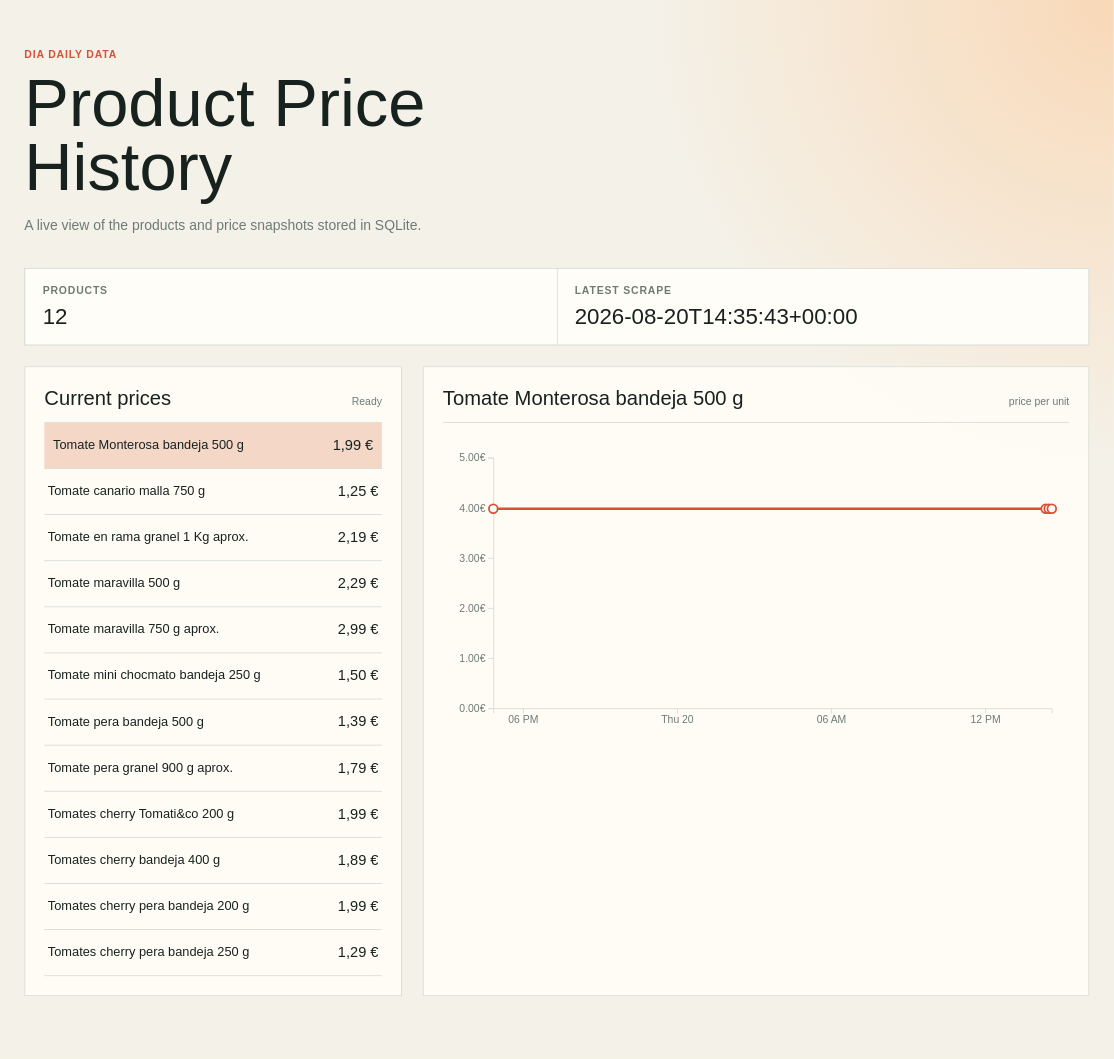
Repository: lloop/dia-daily-data
Page: http://localhost/
These files come from the project's save history. The page is drawn as it stood at one moment and after the next save; the edit follows.
The browser window is 1280 px wide. The pictures show the whole page, at 87% of full size.
The page is served by the project's application, run on Flask 3 (app.py). The page reads the database file committed with the project.

Above is the page before, as saved 2026-08-20 16:38:41.

After the next save:
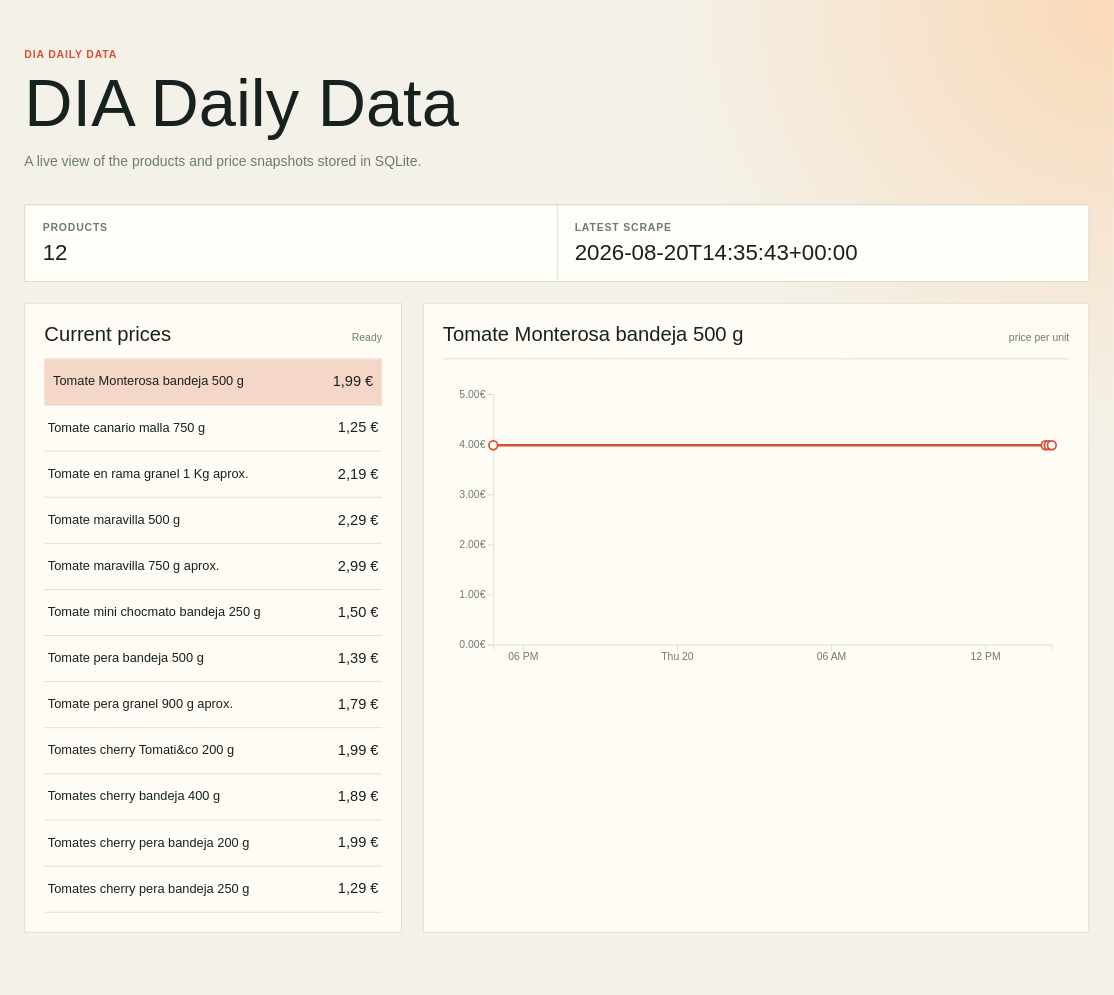
Saved 6 min 45 s later.
--- a/templates/index.html
+++ b/templates/index.html
@@ -3,14 +3,14 @@
 <head>
   <meta charset="utf-8">
   <meta name="viewport" content="width=device-width, initial-scale=1">
-  <title>DIA Daily Prices</title>
+  <title>Daily Price Changes From DIA</title>
   <link rel="stylesheet" href="{{ url_for('static', filename='styles.css') }}">
 </head>
 <body>
   <main class="dashboard">
     <header class="dashboard__header">
       <p class="eyebrow">DIA daily data</p>
-      <h1>Product Price History</h1>
+      <h1>DIA Daily Data</h1>
       <p class="lede">A live view of the products and price snapshots stored in SQLite.</p>
     </header>
 
